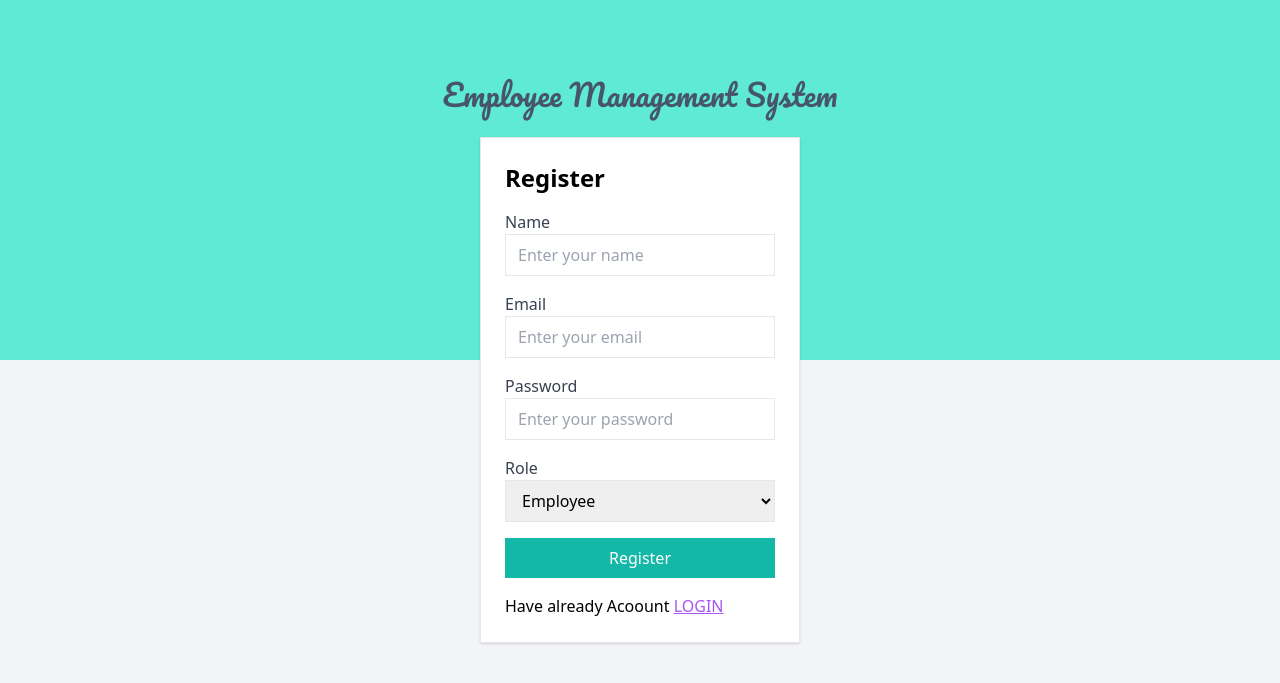
Repository: mohanmania/employeesystem
Page: /register (app in fullstack/)
An editor plug-in stored every save of this project. The page is shown before and after the next save, followed by the edit.
The browser window is 1280 px wide. The pictures show the whole page.
Some web fonts or font styles are not loaded; a fallback is used. The project was rebuilt for these pictures with package versions that can differ from the ones it lists, and the page was loaded fresh each time. Also part of the build but not shown: fullstack/vite.config.js, fullstack/src/pages/Login.jsx, fullstack/src/components/dashboard/AdminSidebar.jsx, fullstack/src/components/dashboard/Navbar.jsx, fullstack/src/components/dashboard/SummaryCard.jsx, fullstack/src/components/dashboard/AdminSummary.jsx, fullstack/src/pages/AdminDashboard.jsx, fullstack/src/pages/EmployeeDashboard.jsx and 9 more.

Above is the page before, as saved 2025-02-25 23:21:08.

### fullstack/index.html
<!DOCTYPE html>
<html lang="en">
  <head>
    <meta charset="UTF-8" />
    <link rel="icon" type="image/svg+xml" href="/vite.svg" />
    <meta name="viewport" content="width=device-width, initial-scale=1.0" />
    <title>EMS</title>
    <link rel="preconnect" href="https://fonts.googleapis.com">
    <link rel="preconnect" href="https://fonts.gstatic.com" crossorigin>
    <link href="https://fonts.googleapis.com/css2?family=Pacifico&family=Playwrite+VN:wght@100..400&display=swap" rel="stylesheet">

  </head>
  <body>
    <div id="root"></div>
    <script type="module" src="/src/main.jsx"></script>
  </body>
</html>

### fullstack/src/main.jsx
import { StrictMode } from 'react'
import { createRoot } from 'react-dom/client'
import './index.css'
import App from './App.jsx'
import AuthContext from './context/authContext.jsx'

createRoot(document.getElementById('root')).render(
  <AuthContext>
    <App />
  </AuthContext>
)

### fullstack/src/App.jsx
import "./App.css";
import { BrowserRouter, Routes, Route, Navigate } from "react-router-dom";
import Login from "./pages/Login";
import AdminDashboard from "./pages/AdminDashboard";
import EmployeeDashboard from "./pages/EmployeeDashboard";
import PrivateRoutes from "./utils/PrivateRoutes";
import RoleBaseRoutes from "./utils/RoleBaseRoutes";
import Register from "./pages/Register";
import { DepartmentList } from "./components/dashboard/department/DepartmentList";
import AdminSummary from "./components/dashboard/AdminSummary";
import AddDepartment from "./components/dashboard/department/AddDepartment";
import Editdepartment from "./components/dashboard/department/Editdepartment";
import Employelist from "./components/dashboard/employe/employelist";
import Addemp from "./components/dashboard/employe/Addemp";
function App() {
  return (
    <>
      <BrowserRouter>
        <Routes>
          <Route path="/" element={<Navigate to="/admin-dashboard" />} />
          <Route path="/login" element={<Login />} />
          <Route path="/register" element={<Register/>}/>
          <Route path="/employee-dashboard" element={<EmployeeDashboard />} />

          <Route
            path="/admin-dashboard"
            element={
              <PrivateRoutes>
                <RoleBaseRoutes requiredRole={["admin"]}>
                  <AdminDashboard />
                </RoleBaseRoutes>
              </PrivateRoutes>
            }
          >
          <Route index element={<AdminSummary/>}></Route>

          <Route path="/admin-dashboard/departments" element={<DepartmentList/>}></Route>
          <Route path="/admin-dashboard/add-new-department" element={<AddDepartment/>}></Route>
           <Route path="/admin-dashboard/department/:id" element={<Editdepartment/>}></Route>
           <Route path="admin-dashboard/employees" element={<Employelist/>}></Route>
         <Route path="/admin-dashboard/add-employee" element={<Addemp/>}></Route>

          </Route>
          <Route path="/employee-dashboard" element={<EmployeeDashboard/>}></Route>


        </Routes>
      </BrowserRouter>
    </>
  );
}

export default App;

### fullstack/src/context/authContext.jsx
import React, { createContext, useContext, useEffect, useState } from "react";
import { useNavigate } from "react-router-dom";
import axios from "axios";

const UserContext = createContext();

function AuthContext({ children }) {
  const [user, setUser] = useState(null);
  const [error, setError] = useState(null);
  const [loading,setLoading] = useState(false)

  useEffect(() => {
    const verifyUser = async () => {
      try {
        const token = localStorage.getItem("token");
        if (token) {
          const response = await axios.get(
            "https://employeesystem-zkpz.vercel.app/api/auth/verify",
            {
              headers: {
                Authorization: `Bearer ${token}`,
              },
            }
          );
          console.log(response)
          if (response.data.success) {
            setUser(response.data.user);
          }
        } else {
         setUser(null)
         setLoading(false)
        }
      } catch (error) {
        console.log(error)
        if (error.response && !error.response.data.success) {

        }
      }
      finally{
        setLoading(false)
      }
    };

    verifyUser();
  }, []);

  const login = (user) => {
    setUser(user);
  };

  const logout = () => {
    setUser(null);
    localStorage.removeItem("token");
  };

  return (
    <UserContext.Provider value={{ user, login, logout, loading }}>
      {children}
    </UserContext.Provider>
  );
}

export const useAuth = () => useContext(UserContext);

export default AuthContext;

### fullstack/src/pages/Register.jsx
import React, { useState } from "react";
import axios from "axios";
import { Link, useNavigate } from "react-router-dom";

function Register() {
  const navigate = useNavigate();
  const [register, setRegister] = useState({
    name: "",
    email: "",
    password: "",
    role: "employee", // Default role as 'employee'
  });

  const [error, setError] = useState(null);

  const handleChange = (e) => {
    setRegister({ ...register, [e.target.name]: e.target.value });
  };

  const handleSubmit = async (e) => {
    e.preventDefault();

    try {
      const response = await axios.post("https://employeesystem-zkpz.vercel.app/api/auth/register", JSON.stringify(register), {
        headers: {
          "Content-Type": "application/json",
        },
      });

      if (response.data.success) {
        navigate("/login");
      } else {
        setError(response.data.error);
      }
    } catch (error) {
      console.error("Registration error:", error);
      setError("An error occurred while registering. Please try again.");
    }
  };

  return (
    <div className="flex flex-col items-center h-screen justify-center bg-gradient-to-b from-teal-300 from-50% to-gray-100 to-50% space-y-6">
      <h2 className="font-pacific text-3xl text-slate-600">Employee Management System</h2>
      <div className="border shadow p-6 w-80 bg-white">
        <h2 className="text-2xl font-bold mb-4">Register</h2>
        {error && <p className="text-red-500">{error}</p>}
        <form onSubmit={handleSubmit}>
          <div className="mb-4">
            <label htmlFor="name" className="block text-gray-700">Name</label>
            <input
              type="text"
              name="name"
              placeholder="Enter your name"
              className="w-full px-3 py-2 border"
              onChange={handleChange}
            />
          </div>
          <div className="mb-4">
            <label htmlFor="email" className="block text-gray-700">Email</label>
            <input
              type="email"
              name="email"
              placeholder="Enter your email"
              className="w-full px-3 py-2 border"
              onChange={handleChange}
            />
          </div>
          <div className="mb-4">
            <label htmlFor="password" className="block text-gray-700">Password</label>
            <input
              type="password"
              name="password"
              placeholder="Enter your password"
              className="w-full px-3 py-2 border"
              onChange={handleChange}
            />
          </div>
          <div className="mb-4">
            <label htmlFor="role" className="block text-gray-700">Role</label>
            <select
              name="role"
              className="w-full px-3 py-2 border"
              onChange={handleChange}
              value={register.role}
            >
              <option value="employee">Employee</option>
              <option value="admin">Admin</option>
            </select>
          </div>
          <div className="mb-4">
            <button type="submit" className="w-full bg-teal-500 text-white py-2">Register</button>
          </div>
          <p>Have already Acoount <Link to="/login"><span className="text-purple-500 underline">LOGIN</span></Link></p>
        </form>
      </div>
    </div>
  );
}

export default Register;

### fullstack/tailwind.config.js
/** @type {import('tailwindcss').Config} */
export default {
  content: [
    "./index.html",
    "./src/**/*.{js,ts,jsx,tsx}",
  ],
  theme: {
    extend: {
      fontFamily:{
        "pacific":["pacifico","sans-serif"]
      },
    },
  },
  plugins: [],
}

Loaded but not shown: fullstack/src/index.css (common file); fullstack/src/App.css (no stored copy; drawn as an empty file)

After the next save:
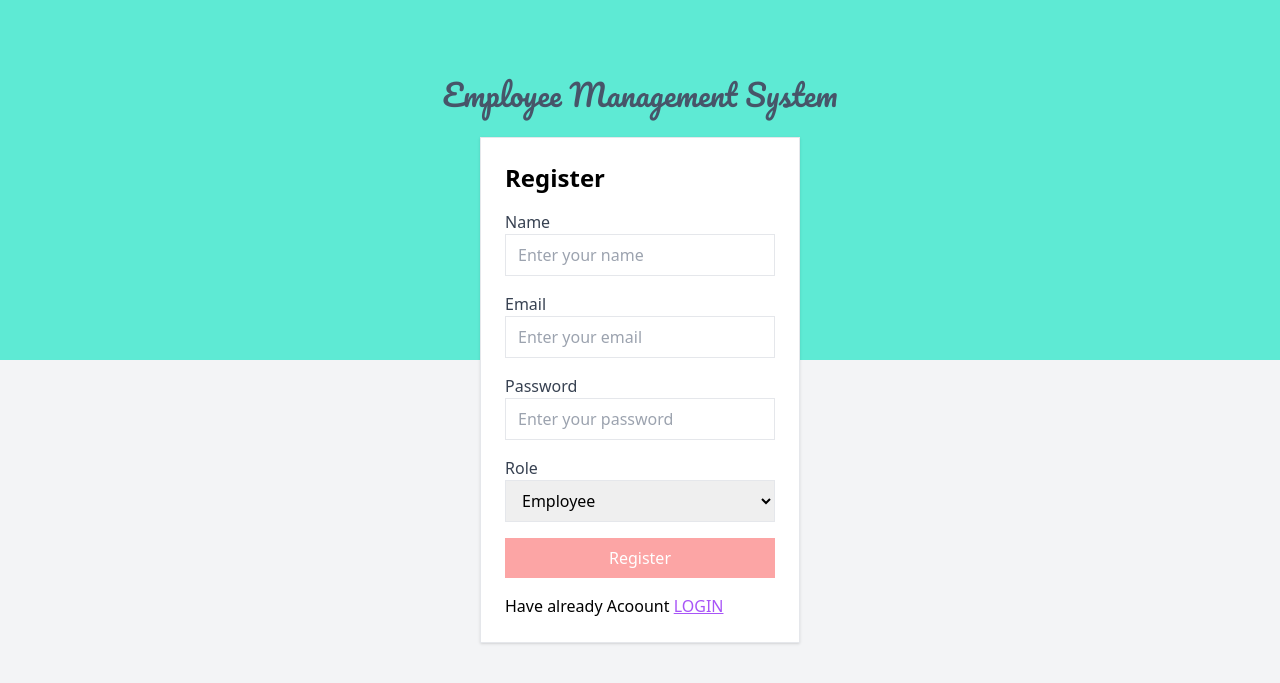
Saved 14 s later.
--- a/fullstack/src/pages/Register.jsx
+++ b/fullstack/src/pages/Register.jsx
@@ -88,7 +88,7 @@ function Register() {
             </select>
           </div>
           <div className="mb-4">
-            <button type="submit" className="w-full bg-teal-500 text-white py-2">Register</button>
+            <button type="submit" className="w-full bg-red-300 text-white py-2">Register</button>
           </div>
           <p>Have already Acoount <Link to="/login"><span className="text-purple-500 underline">LOGIN</span></Link></p>
         </form>
